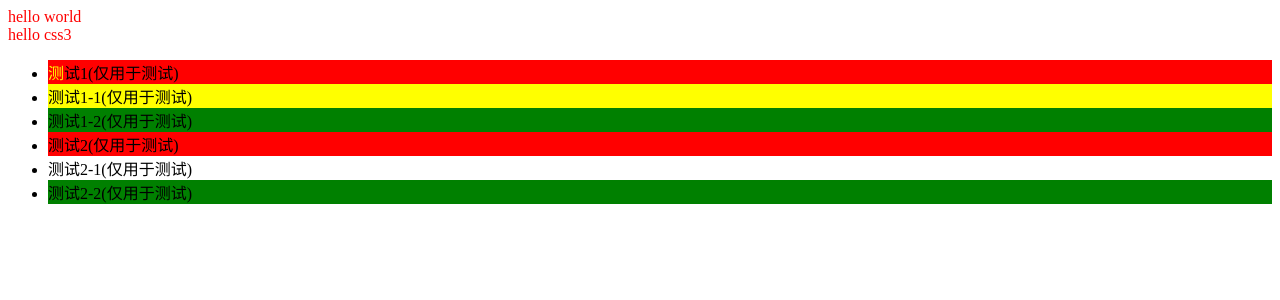
Repository: zdsherlock/HtmlCssLearn
Page: CSS/test-attSelect/index.html
The author's editor kept a copy of each file at every save. The page is drawn from the files as they stood at one save, then again after the next save.
The browser window is 1280 px wide. The pictures show the whole page.

Above is the page before, as saved 2021-05-06 02:09:34.

After the next save:
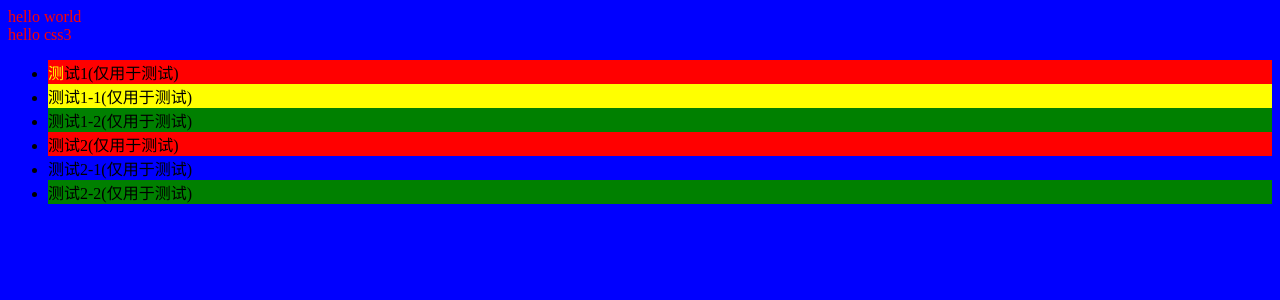
Saved 7 s later.
--- a/CSS/test-attSelect/index.html
+++ b/CSS/test-attSelect/index.html
@@ -34,7 +34,7 @@
             } */
 
             body {
-                background-color: white;
+                background-color: blue;
             }
         </style>
     </head>
